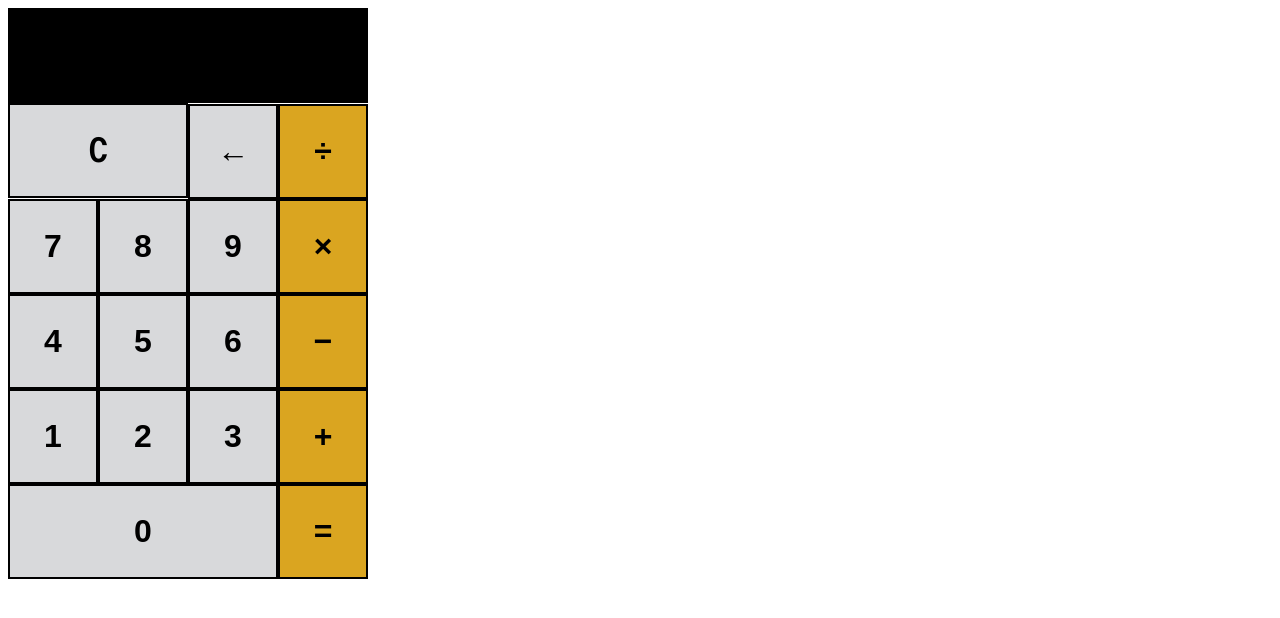
Repository: jontslater/LAB-calculator2
Page: index.html
These files come from the project's save history. The page is drawn as it stood at one moment and after the next save; the edit follows.
The browser window is 1280 px wide. The pictures show the whole page.

Above is the page before, as saved 2023-10-14 13:08:27.

### index.html
<!DOCTYPE html>
<html lang="en">
<head>
  <meta charset="UTF-8">
  <meta name="viewport" content="width=device-width, initial-scale=1.0">
  <title>calculator</title>
  <link rel="stylesheet" href="main.css">
  <script src="main.js"></script>
</head>

<body>
  <div class="container">

    <div class="box"></div>

    <table>
    <button class="symbols gray three hover">&#8705;</button>
    <button class="symbols gray hover">&#8592;</button>
    <button class="symbols orange hover">&#247;</button>
    </table>

  <table>
    <button class="bottonss gray hover">7</button>
    <button class="bottonss gray hover">8</button>
    <button class="bottonss gray hover">9</button>
    <button class="orange hover">&#215;</button>
  </table>

  <table>
    <button class="bottonss gray hover">4</button>
    <button class="bottonss gray hover">5</button>
    <button class="bottonss gray hover">6</button>
    <button class="orange hover">&#8722;</button>
  </table>

  <table>
    <button class="bottonss gray hover">1</button>
    <button class="bottonss gray hover">2</button>
    <button class="bottonss gray hover">3</button>
    <button class="orange hover">&#43;</button>
  </table>


  <table>
    <button class="bottonss gray twice hover">0</button>
    <button class="orange hover">&#61;</button>
  </table>

  </div>

</body>
</html>

### main.css
body{
  background-color: white;
}

.container{
  width: 400px;
  font-size: xx-large;
  font-weight: bold;
}

.buttonss{
  background-color: #d8d9db;
  height: 90px;
  width: 90px;
  font-size: xx-large;
  font-weight: bold;
  border: 2px;
  border-color:#000000;
  border-style:solid;
}

.gray{
  background-color: #d8d9db;
  height: 95px;
  width: 90px;
  font-size: xx-large;
  font-weight: bold;
  border: 2px;
  border-color:#000000;
  border-style:solid;
}

.twice{
  width: 270px;
  font-size: xx-large;
  font-weight: bold;
  border: 2px;
  border-color:#000000;
  border-style:solid;
}

.three{
  width: 180px;
  font-size: xx-large;
  font-weight: bold;
  border: 1px;
  border: 2px;
  border-color:#000000;
  border-style:solid;
}

.orange{
  background-color:goldenrod;
  height: 95px;
  width: 90px;
  font-size: xx-large;
  font-weight: bold;
  border: 2px;
  border-color:#000000;
  border-style:solid;
}

.box{
  background-color: #000000;
  height: 95px;
  width: 360px;
  padding-bottom: 0%;
  border: 5px;
}

.buttonss:hover{
  background-color:#ebebeb;
  color:#ebebeb;
}

Loaded but not shown: main.js (no stored copy; drawn as an empty file)

After the next save:
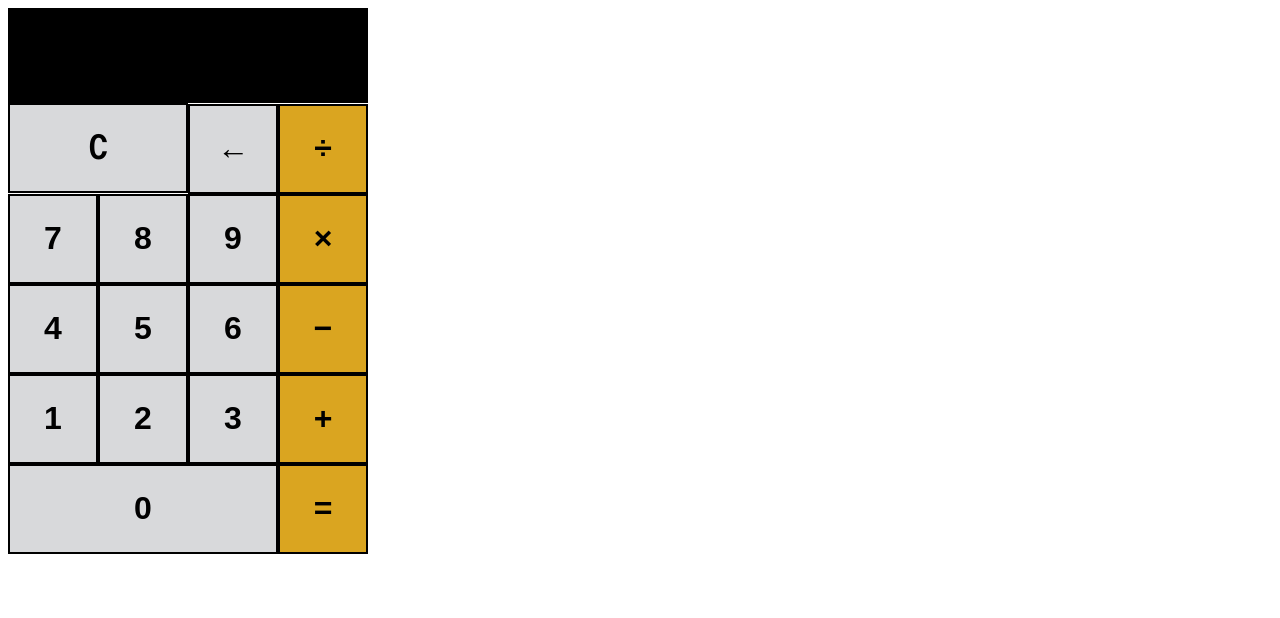
Saved 10 s later.
--- a/main.css
+++ b/main.css
@@ -21,7 +21,7 @@ body{
 
 .gray{
   background-color: #d8d9db;
-  height: 95px;
+  height: 90px;
   width: 90px;
   font-size: xx-large;
   font-weight: bold;
@@ -51,7 +51,7 @@ body{
 
 .orange{
   background-color:goldenrod;
-  height: 95px;
+  height: 90px;
   width: 90px;
   font-size: xx-large;
   font-weight: bold;
